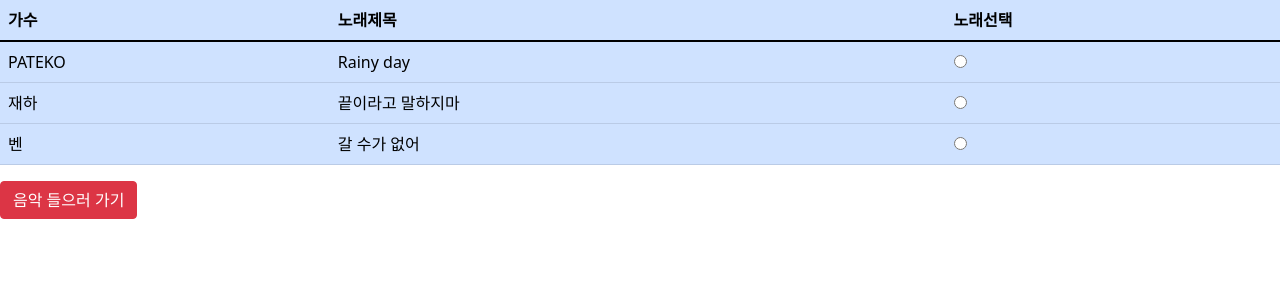
Repository: limbbbyoung/JSP_practice
Page: http://localhost/JSPbasic/jspobject/quiz/music.jsp
The author's editor kept a copy of each file at every save. The page is drawn from the files as they stood at one save, then again after the next save.
The browser window is 1280 px wide. The pictures show the whole page.
The page is served by Tomcat 9.

Above is the page before, as saved 2022-03-28 09:48:16.

After the next save:
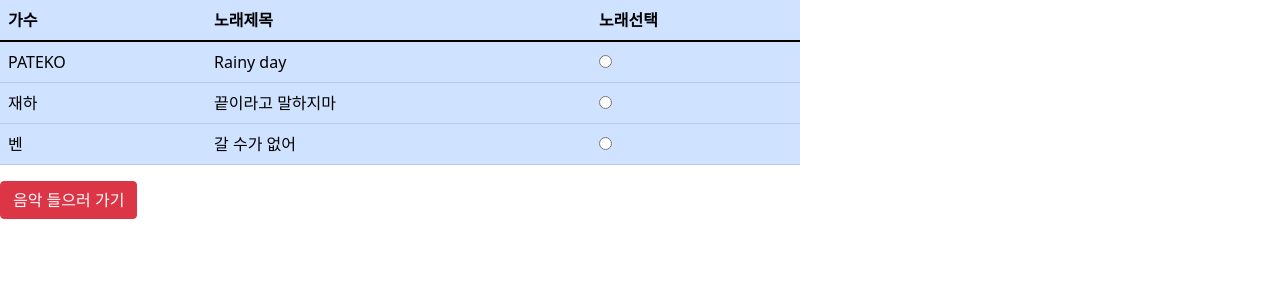
Saved 15 s later.
--- a/JSPbasic/src/main/webapp/jspobject/quiz/music.jsp
+++ b/JSPbasic/src/main/webapp/jspobject/quiz/music.jsp
@@ -4,7 +4,7 @@
 <html>
 <head>
 <style>
-  table { width : 800px; }
+  body { width : 800px; }
 </style>
 <link href="https://cdn.jsdelivr.net/npm/bootstrap@5.1.3/dist/css/bootstrap.min.css" rel="stylesheet" integrity="sha384-1BmE4kWBq78iYhFldvKuhfTAU6auU8tT94WrHftjDbrCEXSU1oBoqyl2QvZ6jIW3" crossorigin="anonymous">
 <meta charset="UTF-8">
